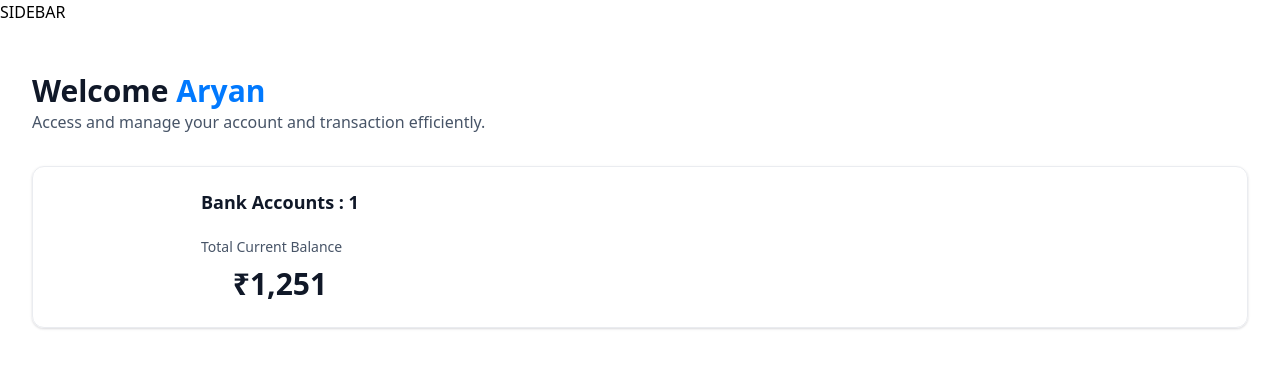
Repository: Strong02coder/banking_app
Page: /
These files come from the project's save history. The page is drawn as it stood at one moment and after the next save; the edit follows.
The browser window is 1280 px wide. The pictures show the whole page.
The project was rebuilt for these pictures with package versions that can differ from the ones it lists, and the page was loaded fresh each time. The framework's server and built-in components were replaced by stand-ins that run in the browser. Also part of the build but not shown: next.config.mjs.

Above is the page before, as saved 2024-09-19 19:28:39.

After the next save:
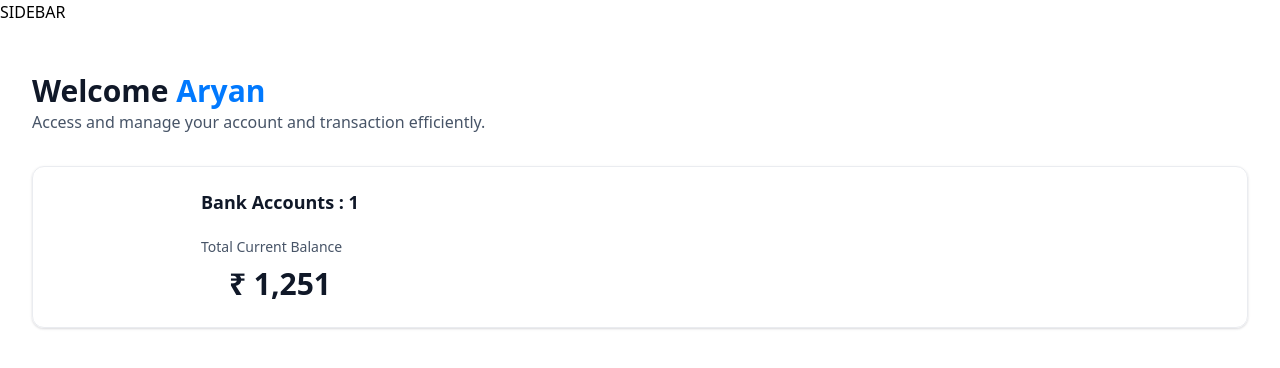
Saved 17 s later.
--- a/components/AnimatedCounter.tsx
+++ b/components/AnimatedCounter.tsx
@@ -7,7 +7,7 @@ const AnimatedCounter = ({amount}:{amount:number}) => {
 		<div>
 			<CountUp
 			  decimal=","
-  			prefix="₹"
+  			prefix="₹ "
 				end={amount}
 			/>
 		</div>
